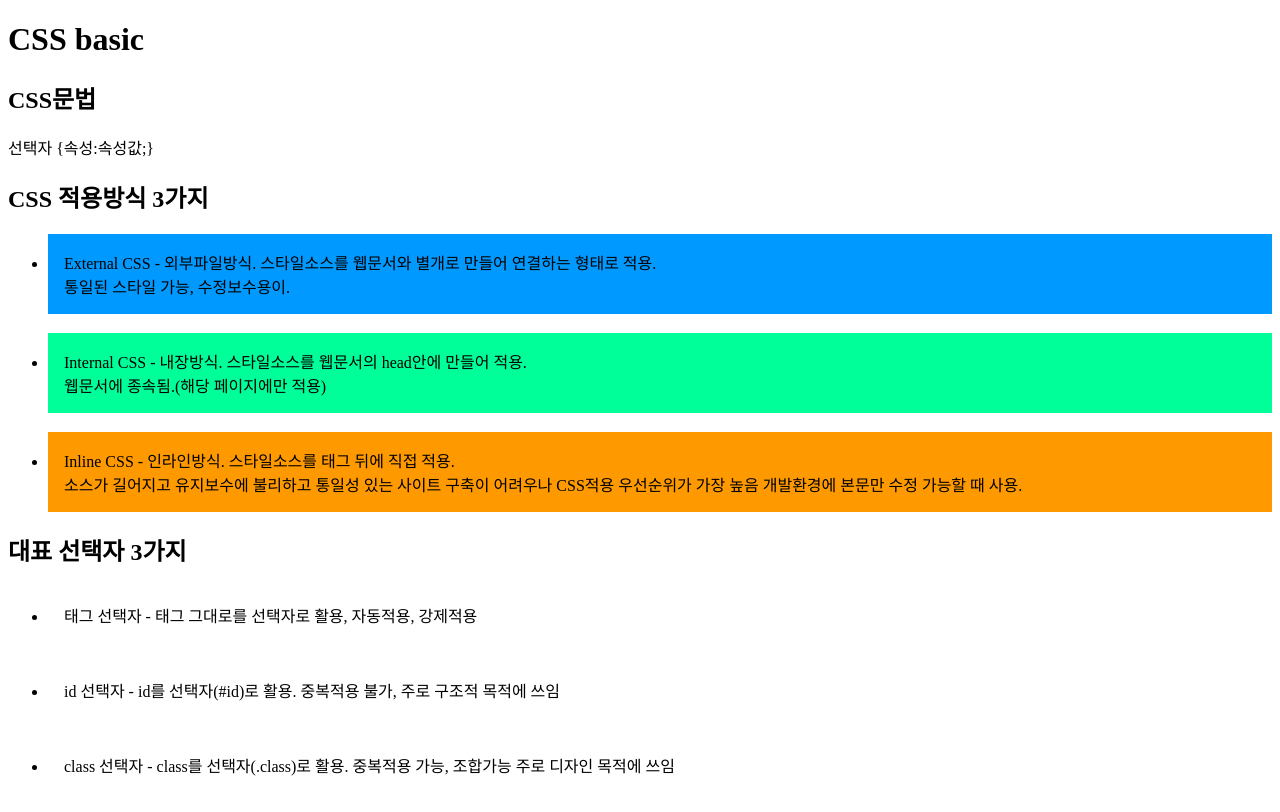
Repository: Git-Seokcoding/WEB
Page: CSS3/src/main/webapp/basic.html
These files come from the project's save history. The page is drawn as it stood at one moment and after the next save; the edit follows.
The browser window is 1280 px wide. The pictures show the whole page.

Above is the page before, as saved 2023-10-12 08:20:07.

After the next save:
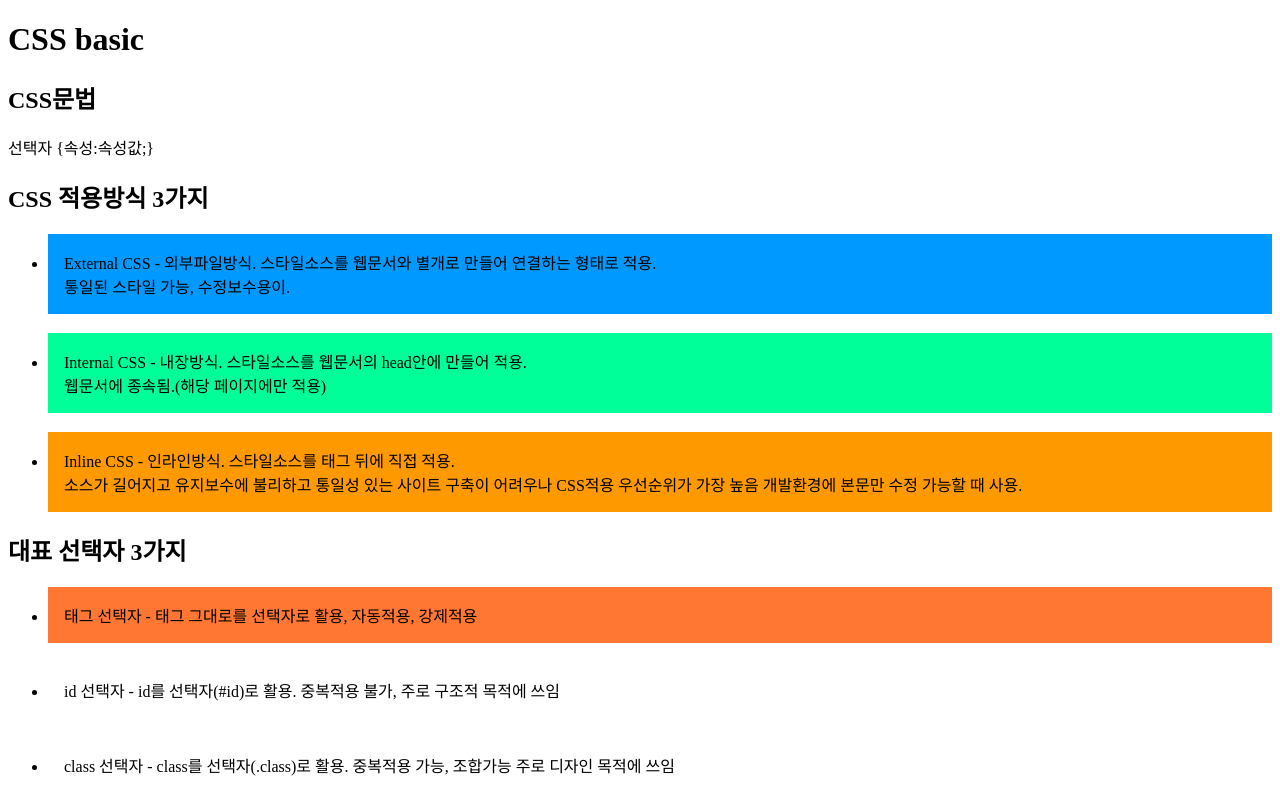
Saved 1 s later.
--- a/CSS3/src/main/webapp/basic.html
+++ b/CSS3/src/main/webapp/basic.html
@@ -38,9 +38,9 @@
 
 	<h2>대표 선택자 3가지</h2>
 	<ul>
-	<li id="s-t">태그 선택자  - 태그 그대로를 선택자로 활용, 자동적용, 강제적용</li>
-	<li id="s-i">id 선택자 - id를 선택자(#id)로 활용. 중복적용 불가, 주로 구조적 목적에 쓰임</li>
-	<li id="s-c">class 선택자 - class를 선택자(.class)로 활용. 중복적용 가능, 조합가능 주로 디자인 목적에 쓰임</li>
+	<li id="t">태그 선택자  - 태그 그대로를 선택자로 활용, 자동적용, 강제적용</li>
+	<li id="i">id 선택자 - id를 선택자(#id)로 활용. 중복적용 불가, 주로 구조적 목적에 쓰임</li>
+	<li id="c">class 선택자 - class를 선택자(.class)로 활용. 중복적용 가능, 조합가능 주로 디자인 목적에 쓰임</li>
 	</ul>
 </body>
 </html>

After the save that followed:
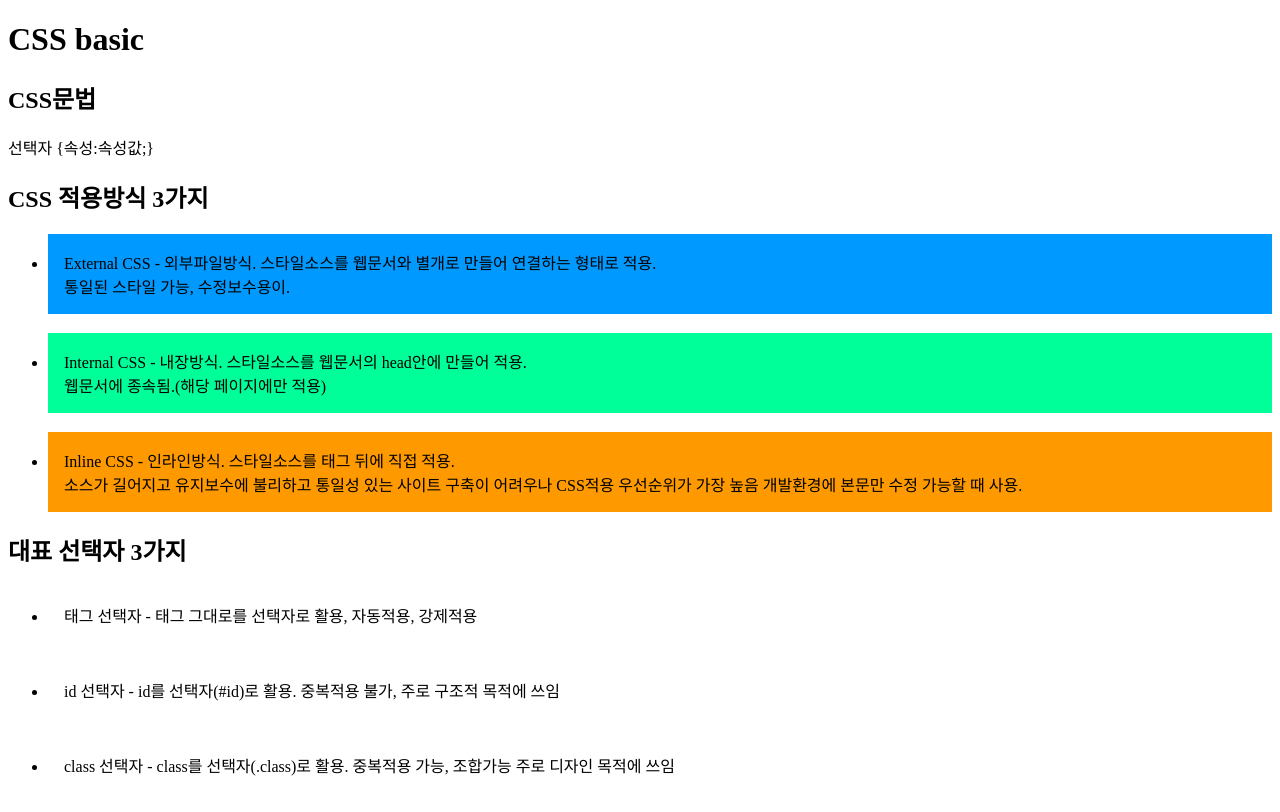
Saved 38 s later.
--- a/CSS3/src/main/webapp/basic.css
+++ b/CSS3/src/main/webapp/basic.css
@@ -1,3 +1,5 @@
 @charset "UTF-8";
 #ex {background-color: #09f;}
-#t {background-color: #f73;}
+#s-t {background-color: #f73;}
+#s-i {background-color: #3f7;}
+#s-c {background-color: #f52;}
